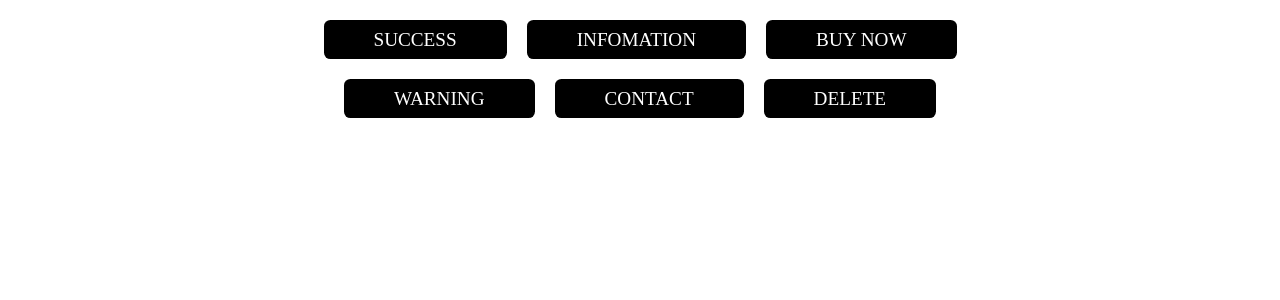
Repository: ThanhPhongsof/Css-Course
Page: index.html
These files come from the project's save history. The page is drawn as it stood at one moment and after the next save; the edit follows.
The browser window is 1280 px wide. The pictures show the whole page.

Above is the page before, as saved 2022-05-16 08:08:46.

After the next save:
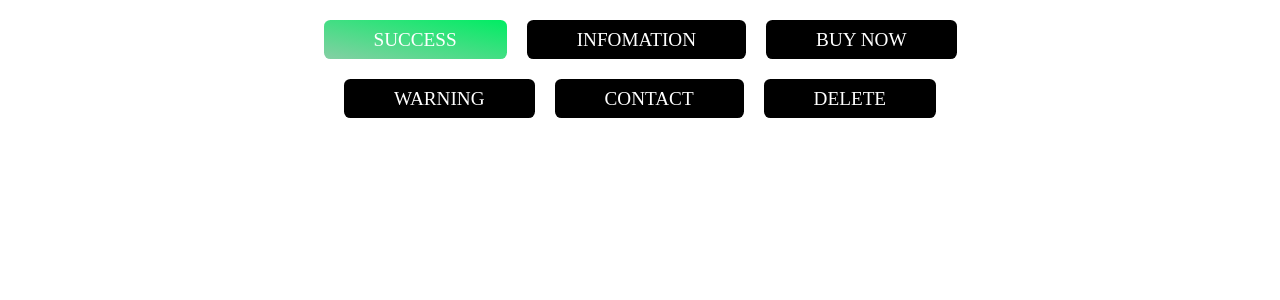
Saved 59 s later.
--- a/styles.css
+++ b/styles.css
@@ -18,4 +18,5 @@
 }
 
 .button--green {
+  background-image: linear-gradient(to left bottom, #00ed63, #85cfa4);
 }
